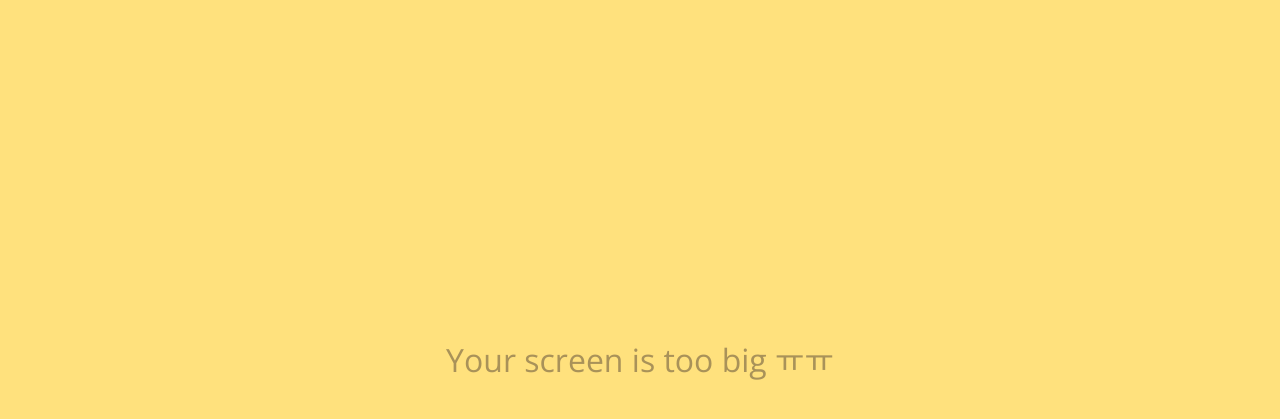
Repository: MIJI-H/kokoa-clone-2020
Page: chats.html
An editor plug-in stored every save of this project. The page is shown before and after the next save, followed by the edit.
The browser window is 1280 px wide. The pictures show the whole page.
Pictures or frames that could not be fetched are drawn as grey boxes. Some web libraries are served in a nearby version.

Above is the page before, as saved 2023-08-06 10:47:28.

After the next save:
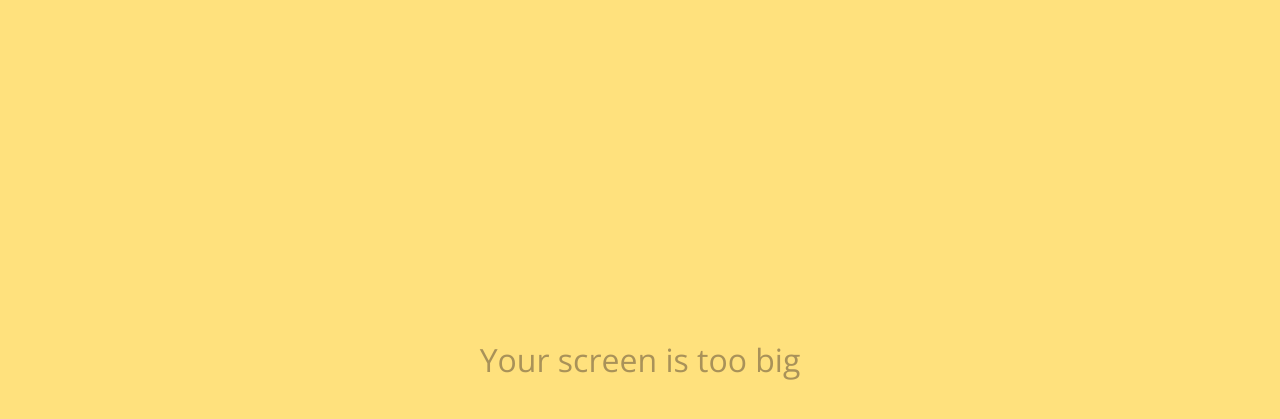
Saved 17 s later.
--- a/chats.html
+++ b/chats.html
@@ -81,7 +81,7 @@
       </ul>
     </nav>
     <div id="no-mobile">
-      <span>Your screen is too big ㅠㅠ</span>
+      <span>Your screen is too big</span>
     </div>
     <script
       src="https://kit.fontawesome.com/6478f529f2.js"
